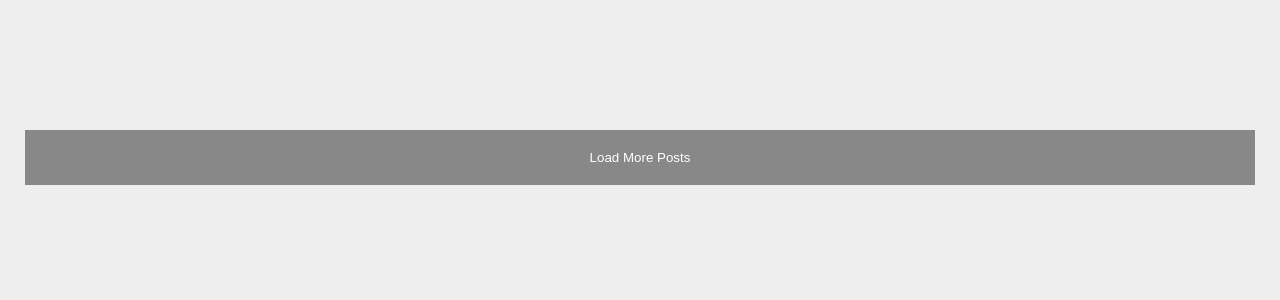
Repository: anderfmelo/temp-repo
Page: /
An editor plug-in stored every save of this project. The page is shown before and after the next save, followed by the edit.
The browser window is 1280 px wide. The pictures show the whole page.
The page's requests for data from a server got no answer. The project was rebuilt for these pictures with package versions that can differ from the ones it lists, and the page was loaded fresh each time. No one was signed in, and anything a server would have sent is missing. Also part of the build but not shown: src/components/PostCard/styles.css, src/components/PostCard/index.jsx.

Above is the page before, as saved 2022-04-20 12:24:37.

After the next save:
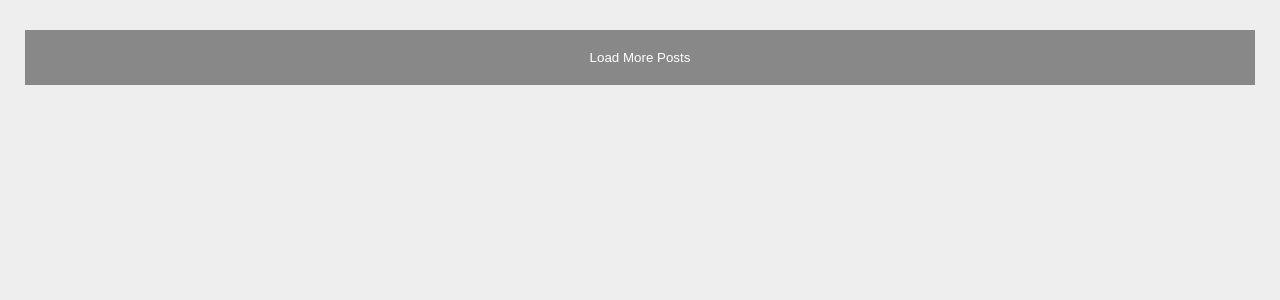
Saved 29 s later.
--- a/src/templates/Home/styles.css
+++ b/src/templates/Home/styles.css
@@ -5,7 +5,7 @@
 }
 
 .button-container {
-  min-height: 160px;
+  min-height: 60px;
   display: flex;
   align-items: flex-end;
 }

After the save that followed:
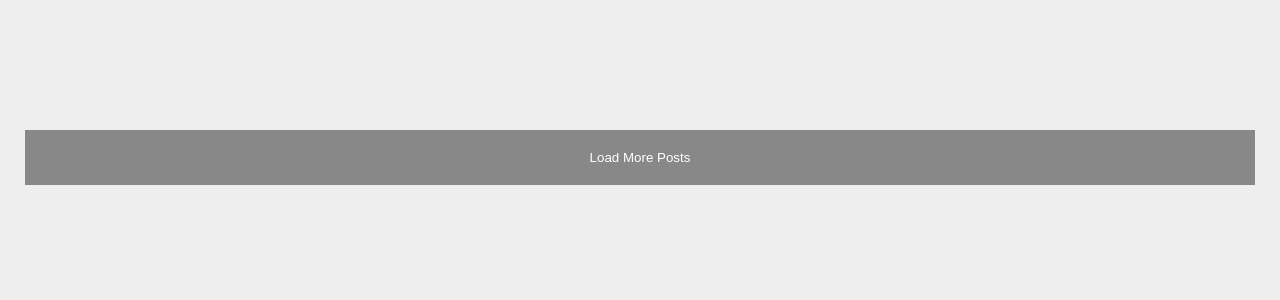
Saved 9 s later.
--- a/src/templates/Home/styles.css
+++ b/src/templates/Home/styles.css
@@ -5,7 +5,7 @@
 }
 
 .button-container {
-  min-height: 60px;
+  min-height: 160px;
   display: flex;
   align-items: flex-end;
 }
